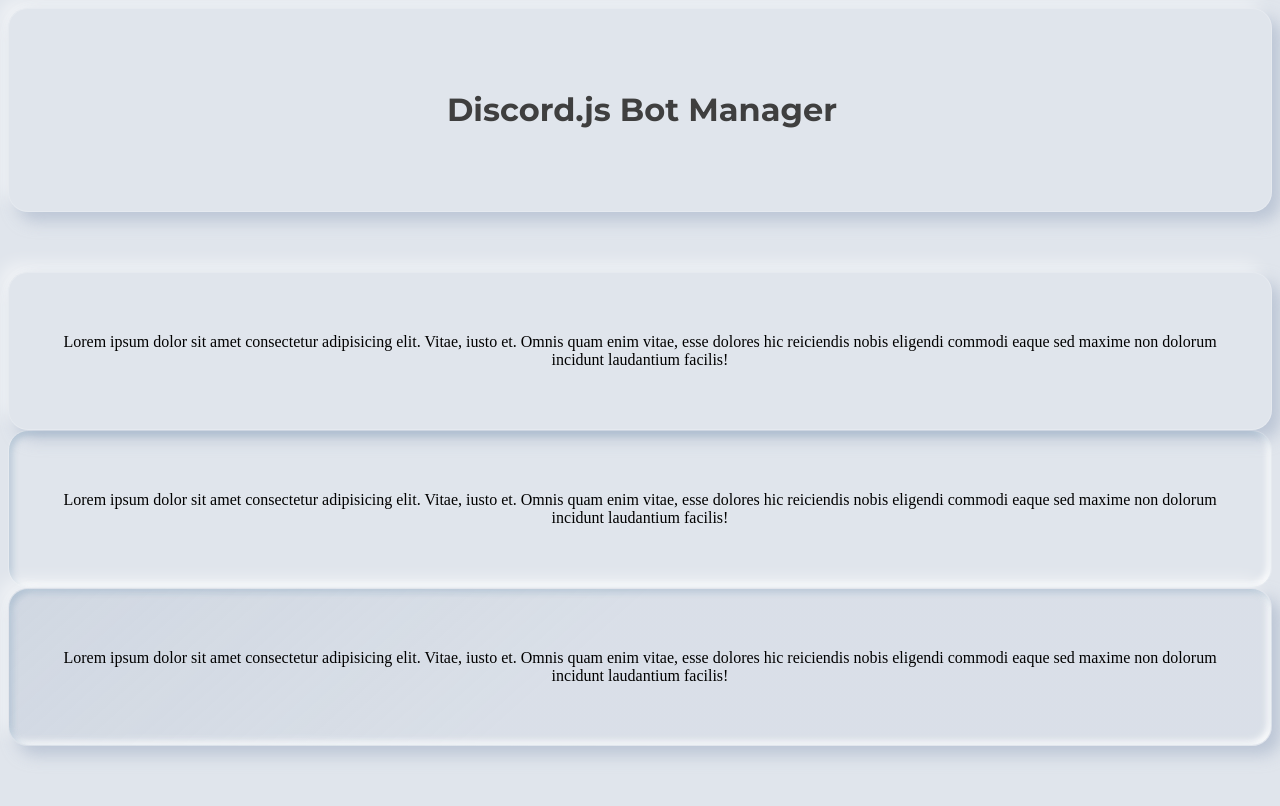
Repository: O-Schell/Discord-Bot-Manager
Page: Web_Interface/main.HTML
The author's editor kept a copy of each file at every save. The page is drawn from the files as they stood at one save, then again after the next save.
The browser window is 1280 px wide. The pictures show the whole page.
The style sheet was rebuilt from its Sass, Less or Tailwind sources for each picture, by a compiler version that may differ from the author's.

Above is the page before, as saved 2020-11-22 23:36:39.
Not found: Web_Interface/script.js

After the next save:
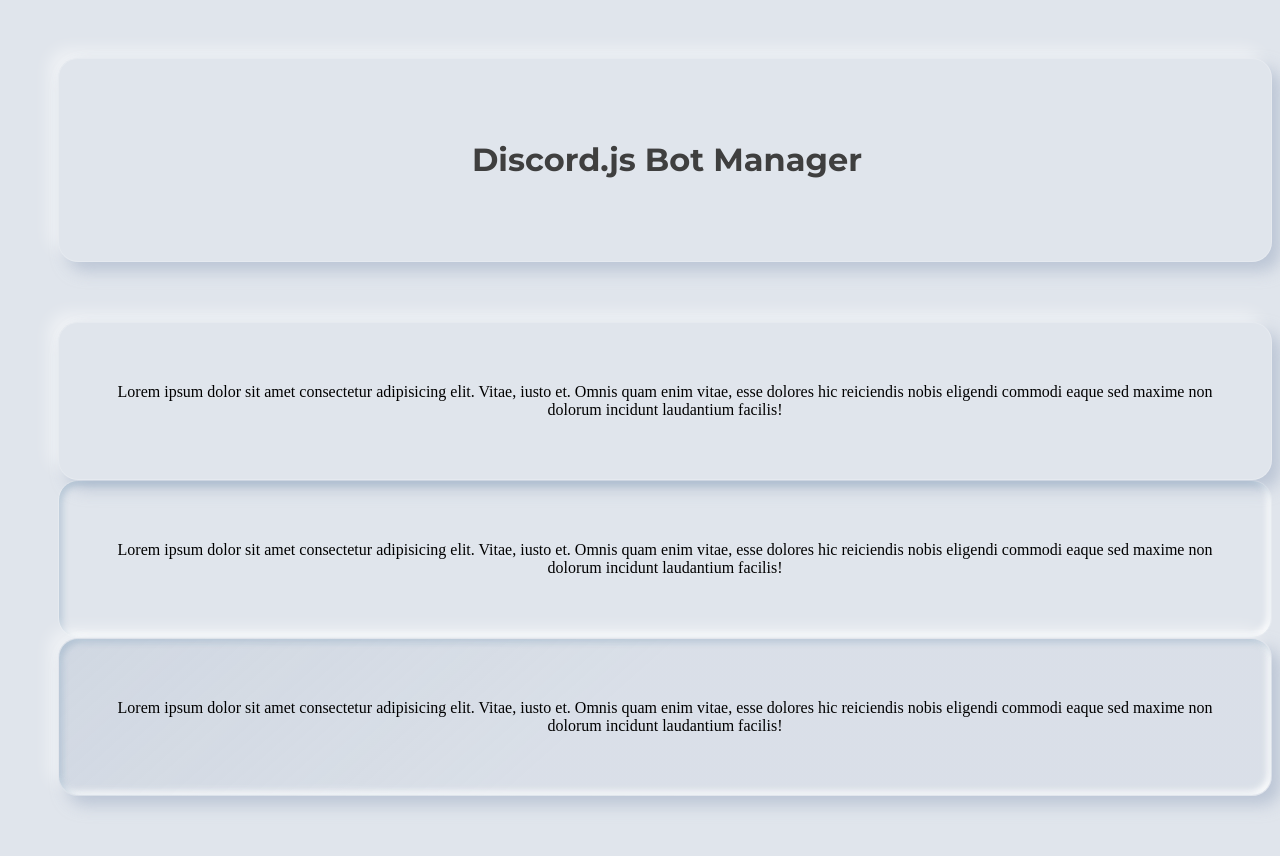
Saved 2 min 34 s later.
--- a/Web_Interface/main.HTML
+++ b/Web_Interface/main.HTML
@@ -8,7 +8,7 @@
   </head>
 
   <body>
-    <div class="container">
+    <div class="container" style="padding-top: 50px;padding-left: 50px;">
         <div class="row">
             <div class="card-w col-md-4">
               <div class="card neumorphism">
